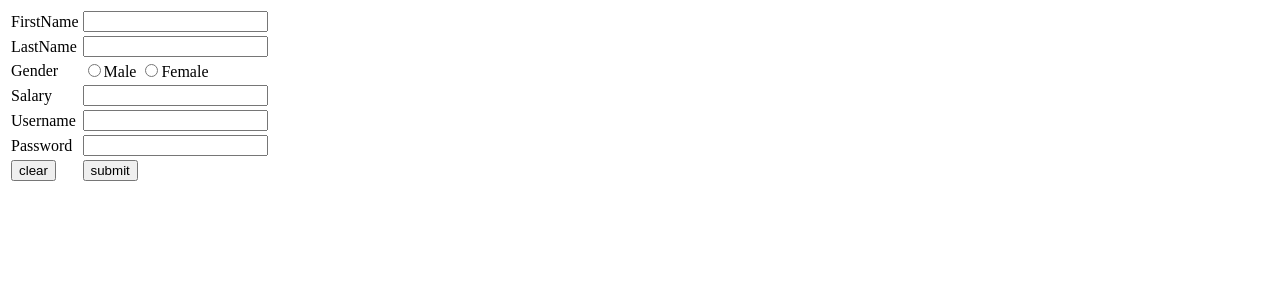
Repository: mounikrishna/java
Page: Servelts,JSP,JSTL/WebBasedApp/WebContent/registration.html
The author's editor kept a copy of each file at every save. The page is drawn from the files as they stood at one save, then again after the next save.
The browser window is 1280 px wide. The pictures show the whole page.

Above is the page before, as saved 2020-01-19 01:03:03.

After the next save:
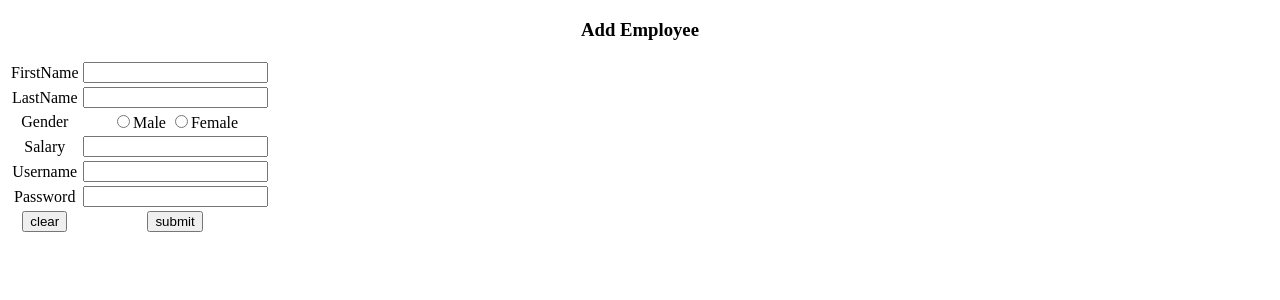
Saved 11 min 28 s later.
--- a/Servelts,JSP,JSTL/WebBasedApp/WebContent/registration.html
+++ b/Servelts,JSP,JSTL/WebBasedApp/WebContent/registration.html
@@ -5,7 +5,8 @@
 		<title>Registration</title>
 	</head>
 	<body>
-		<form>
+		<h3 align = "center">Add Employee</h3>
+		<form align = "center">
 			<table>
 				<tr>
 					<td>FirstName</td>
